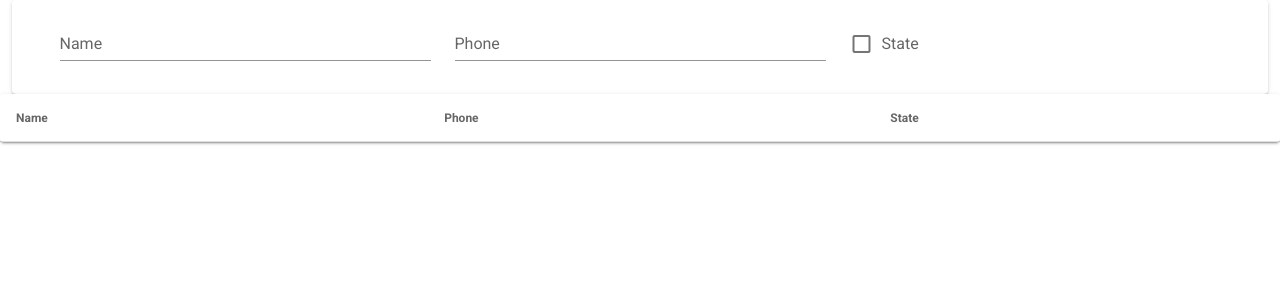
Repository: luchoCap/ContactVue-CRUD-StoryBook
Page: /
These files come from the project's save history. The page is drawn as it stood at one moment and after the next save; the edit follows.
The browser window is 1280 px wide. The pictures show the whole page.
The page's requests for data from a server got no answer. The project was rebuilt for these pictures with package versions that can differ from the ones it lists, and the page was loaded fresh each time. No one was signed in, and anything a server would have sent is missing. Also part of the build but not shown: vue.config.js.

Above is the page before, as saved 2020-11-23 21:57:11.

After the next save:
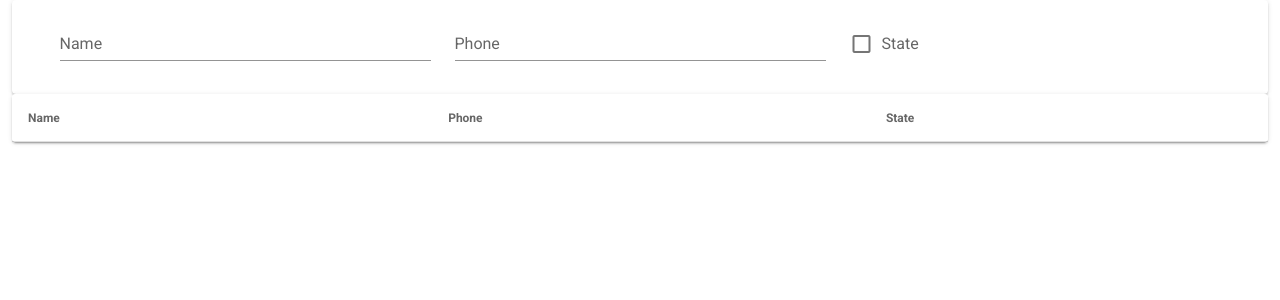
Saved 9 s later.
--- a/src/App.vue
+++ b/src/App.vue
@@ -4,7 +4,7 @@
       <v-card class="mx-3">
         <ContactForm />
       </v-card>
-      <v-card>
+      <v-card class="mx-3">
         <ContactList/>
       </v-card>
 
